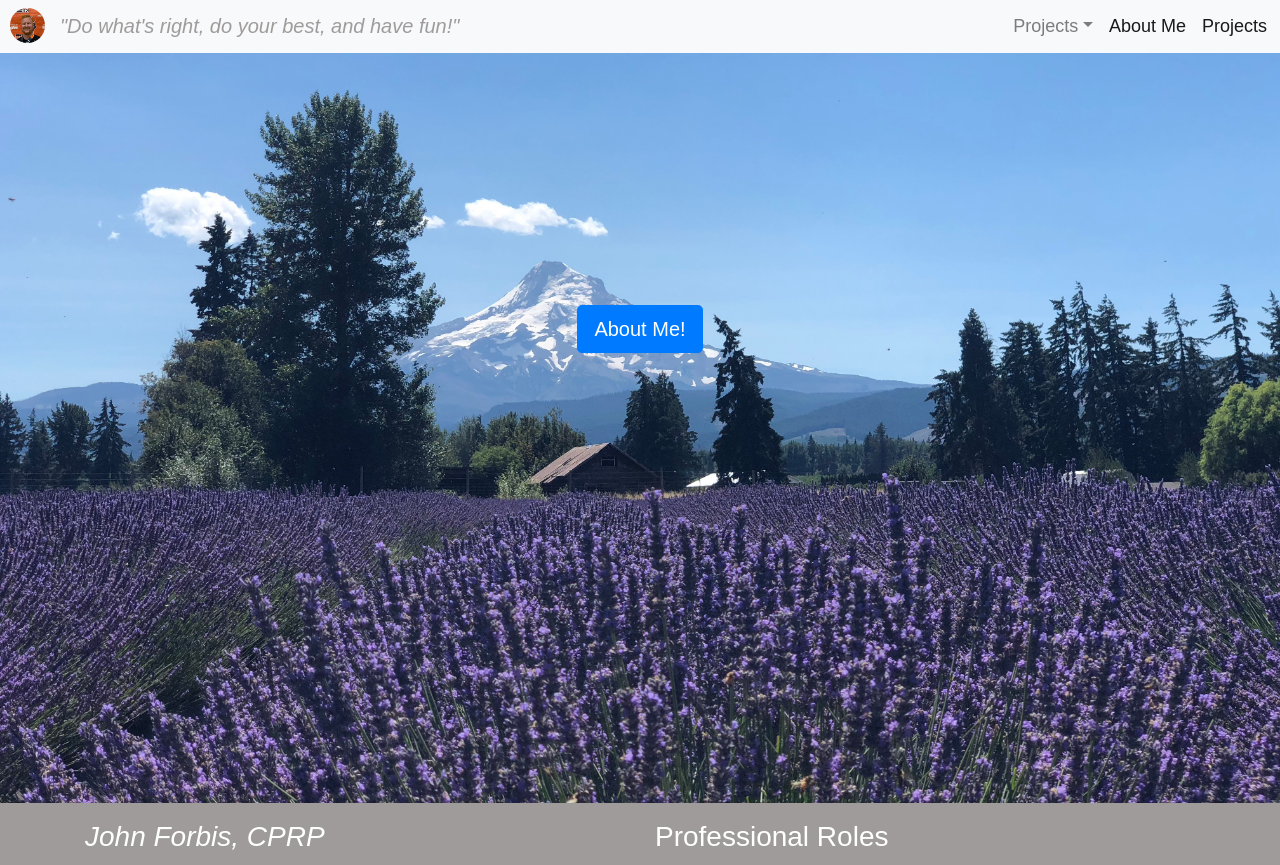
Repository: jforbis/john-forbis-data-analyst
Page: index.html
The author's editor kept a copy of each file at every save. The page is drawn from the files as they stood at one save, then again after the next save.
The browser window is 1280 px wide. The pictures show the part of the page from y = 0 to 865 px (the page is 1750 px tall).
A picture or video elsewhere on the page could not be fetched, so the positions and the page height are approximate. Backgrounds fixed to the window are drawn as part of the page.

Above is the page before, as saved 2021-03-31 23:15:15.

### index.html
<!DOCTYPE html>
<html lang="en">

<head>
<meta charset="UTF-8">
<title class="text">John Forbis, CPRP</title>
<!--Bootstrap style sheet-->
<link rel="stylesheet" href="https://stackpath.bootstrapcdn.com/bootstrap/4.3.1/css/bootstrap.min.css" integrity="sha384-ggOyR0iXCbMQv3Xipma34MD+dH/1fQ784/j6cY/iJTQUOhcWr7x9JvoRxT2MZw1T" crossorigin="anonymous">
<!--link to style sheet-->
<link rel="stylesheet" type="text/css" href="static/css/style.css">
</head>

<!--Top Nav Bar-->
<nav class="navbar-expand-lg navbar-light bg-light nav-color navbar nav">
    <a class="navbar-brand" href="about_me.html">
        <img class="headshot-sm" src="resources/images/headshot.jpg">
    </a>
    <a class="navbar-brand" id="tagline" href="index.html"> <i>"Do what's right, do your best, and have fun!"</i></a>
    <button class="navbar-toggler" type="button" data-bs-toggle="collapse" data-bs-target="#navbarSupportedContent"
        aria-controls="navbarSupportedContent" aria-expanded="false" aria-label="Toggle navigation">
        <span class="navbar-toggler-icon"></span>
    </button>
    <div class="collapse navbar-collapse justify-content-end" id="navbarSupportedContent">
        <div class="nav navbar-nav navbar-right">
            <ul class="navbar-nav me-auto mb-2 mb-lg-0">
                <li class="nav-item dropdown">
                    <a class="nav-link dropdown-toggle" href="#" id="navbarDropdown" role="button"
                        data-bs-toggle="dropdown" aria-expanded="false">Projects</a>
                    <ul class="dropdown-menu" aria-labelledby="navbarDropdown">
                        <a class="dropdown-item" href="#">Schooling</a>
                        <a class="dropdown-item" href="#">Career</a>
                        <a class="dropdown-item" href="#">Accolades</a>
                    </ul>
                </li>
                <li class="nav-item active">
                    <a class="nav-link" href="#">About Me </a>
                </li>
                <li class="nav-item active">
                    <a class="nav-link" href="#">Projects </a>
                </li>
            </ul>
        </div>
    </div>
</nav>

<div class="wrapper">
    <!-- <nav class="navbar navbar-default">
        <div class="container-fluid">
        <div class="navbar-header">
            <!-- <a class="navbar-brand" href="index.html">UFO Sightings
            <img class="nav-ufo" src="resources/images/headshot.jpg">
            </a> -->
        <!-- </div>
        </div>
    </nav> -->
    <div class="hero text-center">
        <h1 class="text"><b>JOHN FORBIS, CPRP</b></h1>
        <p><a class="btn btn-primary btn-lg" href="#me" role="button">About Me!</a></p>
    </div>

<body>
    <div class="container" style="margin-top: 20px">
        <div class="row">
            <div class="col" id="me">
                <i>John Forbis, CPRP</i>
            </div>
            <div class="col" id="pr">
                Professional Roles
            </div>
        </div>
    </div>
    <hr>
    <table>
        <tr>
            <td style="vertical-align:top;">
                <div class="card" style="width: 40rem; margin-top: 20px">
                    <div><img src="resources/images/headshot.jpg" class="headshot-md" alt="John Forbis"</div>
                    <div class="card-body">
                        <h5 class="card-title"><b>Who I Am:</b></h5>
                        <p class="card-text">
                        <div id="whoiam"><i><b>Data analyst with a passion for innovation, data analysis and keeping it fun!</b></i></div>
                        <br>
                        With a background in public service, facility management, and leadership of
                        muli-level teams as well as extensive training in both leadership and data analytics
                        through the Leadership Intensive program by The Changing Point and the University
                        of Kansas Data Analytics boot camp respectively, I would make a great addition
                        to any team. Acquired skills in: advanced Excel, Tableau, PowerBI, Python, Pandas, API calls,
                        SQL, Java Script, flask app, and Machine Learning.
                        <br><br>
                        I enjoy a good problem needing solved
                        and love to utilize data to tell the story. I am a proven innovator in my
                        career with a ‘can-do’ mindset; always searching for new and better solutions.
                        </p>
                    <a target=blank href="https://www.linkedin.com/in/john-forbis-cprp-96921513/" class="btn btn-primary">Connect with me!</a>
                    </div>
                </div>
            </td>
            <td style="vertical-align:bottom">
                <div class="second_card" style="width: 40rem;">
                        <div class="card-body">
                            <table style="margin-top: 39px">
                                <tr>
                                <td>
                                    <div class="career-card" style="width: 18rem;">
                                        <img class="card-img-career" src="resources/images/cp.png" alt="CivicPlus">
                                        <div class="career-card-body">
                                        <h5 class="career-title">CivicPlus</h5>
                                        <p class="career-text">Implementation Consultant</p>
                                        <a target=new href="https://www.civicplus.com/" class="btn btn-primary">Learn about CivicPlus</a>
                                        </div>
                                    </div>
                                </td>
                                    <td>
                                        <div class="career-card" style="width: 18rem;">
                                            <img class="card-img-career" src="resources/images/Lenexa.jpg" alt="City of Lenexa" style="padding: 28.6px">
                                            <div class="career-card-body">
                                            <h5 class="career-title">City of Lenexa</h5>
                                            <p class="career-text">Rec Center Manager</p>
                                            <a target=new href="https://www.lenexa.com/government/departments___divisions/recreation_center" class="btn btn-primary">Learn about LRC</a>
                                            </div>
                                        </div>
                                    </td>
                                </tr>
                                <tr>
                                    <td>Member Services Supervisor
                                        <a href="visualizations/cloudiness.html">
                                            <img src="Resources/assets/images/Fig3.png" class="card-img-top" alt="...">
                                    </a>
                                    </td>
                                    <td>Recreation Services Manager
                                        <a href="visualizations/windspeed.html">
                                            <img src="Resources/assets/images/Fig3.png" class="card-img-top" alt="...">
                                        </a>
                                    </td>
                                </tr>
                                <tr>
                                    <td>Recreation Specialist
                                        </br>
                                        </br>
                                        </br>
                                        </br>
                                        </br>
                                        </br>
                                        </br>
                                        </br>
                                        </br>
                                    </td>
                                </tr>
                                <tr>
                                    <td></td>
                                </tr>
                                <tr>
                                    <td></td>
                                </tr>
                                <tr>
                                    <td></td>
                                </tr>
                                <tr>
                                    <td></td>
                                </tr>
                                <tr>
                                    <td></td>
                                </tr>
                                <tr>
                                    <td></td>
                                </tr>
                            </table>
                        </div>
                </div>
            </td>
        </tr>
    </table>
</div>
</body>

<!--<table>
    <tr>
      <th>Month</th>
      <th>Savings</th>
    </tr>
    <tr>
      <td>January</td>
      <td>$100</td>
    </tr>
    <tr>
      <td>February</td>
      <td>$80</td>
    </tr>
    <tr>
      <td colspan="2">Sum: $180</td>
    </tr>
  </table>-->

### static/css/style.css
/* Styling for HTML elements */
body {
padding: 0;
margin: 0;
font-family: Georgia, "Times New Roman", Times, serif;
font-size: 18px;
line-height: 150%;
color: rgb(255, 255, 255);
background: #9f9b9b;
}

#me {
    font-size: 28px
}

#pr {
    font-size: 28px
}

#career-img {
    width: 30px;
}
.dropdown {
position: relative;
display: inline-block;
}

.dropdown-menu {
display: none;
position: absolute;
background-color: #f9f9f9;
min-width: 160px;
box-shadow: 0px 8px 16px 0px rgba(0,0,0,0.2);
padding: 12px 16px;
z-index: 1;
}

.dropdown:hover .dropdown-menu {
display: block;
}

h1 {
padding: 15px;
margin: 10px;
color: white
}

h3 {
margin-left: 35px;
color: white;
font-size: 16px
}

hr {
height: 2px;
background-color: white
}

.card {
color: #9f9b9b;
font-size: 14px;
margin-left: 40px;
margin-top: top;
border-color: #9f9b9b;
vertical-align: text-top
}

.card-body {
    margin-top: 100px;
}

.career-card-body {
    margin-top: 10px;
    padding: 20px;
}

.career-card {
    color: #9f9b9b;
    font-size: 14px;
    background-color: white;
    margin-top: top;
    margin-right: 20px;
    border-color: #9f9b9b;
    vertical-align: text-top;
    position: relative;
    display: flex;
    flex-direction: column;
    min-width: 0;
    word-wrap: break-word;
    background-clip: border-box;
    border: 1px solid rgba(0,0,0,.125);
    border-radius: .25rem;
    }

#whoiam {
    text-align: center;
    color: #70A6E4;
    font-size: 16px
}
.second_card {
margin-top: -140px;
margin-left: 40px
}

.card-img-top {
width: 50%;
height: auto;
}

.card-title {
font-size: 18px;
}

.career-text {
    text-align: center;
    font-size: 18px;
    font-style: italic;
}

h5.career-title {
    text-align: center;
}

.top_row {
position: sticky;
top: 0;
background-color: #353A3F;
}

.navbar-expand-lg navbar-light bg-light nav-color navbar nav {
position: sticky;
top: 0;
}

* {
box-sizing: border-box;
font-family: Ubuntu, sans-serif;
}

html,
body {
height: 100%;
padding: 0;
margin: 0;
}

/* The wrapper contains all of the page's content besides the footer, which is pushed to the bottom of the page */
.wrapper {
position: relative;
min-height: 100%;
padding-bottom: 130px;
overflow: auto;
}

/* The footer is positioned at the bottom of the page */
.footer {
position: absolute;
right: 0;
bottom: 0;
left: 0;
min-height: 100px;
background: #4e5d6c;
}

/* The code styles the text at the bottom of the footer */
.footer > .bottom {
position: absolute;
right: 0;
bottom: 0;
left: 0;
padding: 5px;
background: #1b3146;
}

.navbar {
padding: 5px;
margin: 0;
}

/* This CSS styles the photo in the navbar */
.headshot-sm {
position: absolute;
bottom: 10px;
left: 10px;
width: 35px;
color: white;
border-radius: 50%!important;
}

/* This CSS styles the photo in the 'Who I Am' card' */
.headshot-md {
    position: absolute;
    width: 20%;
    left: 20px;
    top: 20px;
    color: black;
    margin-bottom: 20px;
    border-radius: .25rem!important;
    }

.card-img-career{
    border-top-left-radius: calc(.25rem - 1px);
    border-top-right-radius: calc(.25rem - 1px);
    max-width: 80%;
    max-height: 100px;
    margin-left: auto;
    margin-right: auto;
    margin-top: 25px;
    /* position: relative;
    background-color: #FFFFFF;
    color: black;
    width: 250px;
    height: 250px;
    padding: 20px;
    display: inline-block;
    vertical-align: middle */
}


#tagline {
    position: absolute;
    left: 60px;
    font-family: verdana;
    color: #9f9b9b;
}

/* Adding styles to the aside and filter form */
.ufo-form {
margin-top: 50px;
}

.filters .panel-body {
padding: 0;
}

.filters {
margin-top: 10px;
}

select {
display: block;
width: 100%;
padding: 8px;
color: #8e979f;
outline: none;
}

#table-area th {
text-align: center;
}

#table-area th:first-child,
#table-area th:nth-child(2),
#table-area th:nth-child(6) {
min-width: 70px;
}

.loader {
margin-top: 50px;
}

.margin-top-50 {
margin-top: 50px;
}

/* The styles for the parallax */
.hero {
position: relative;
height: 750px;
padding: 10px;
margin: 0;
background-image: url("../../resources/images/IMG_1779.jpg");
background-attachment: fixed;
background-position: bottom center;
background-size: cover;
}

.hero h1 {
margin-top: 200px;
font-size: 0.1rem;
animation: title 1.2s forwards linear;
}

.hero p {
font-size: 2rem;
opacity: 0;
animation: subtitle 1.2s forwards linear;
animation-delay: 1.2s;
}

/* input placeholder color changes */
/* .form-control::-webkit-input-placeholder {
/* Chrome/Opera/Safari */
/* color: #8e979f; */
/* } */ */

/* .form-control::-moz-placeholder { */
/* Firefox 19+ */
/* color: #8e979f; */
/* } */

/* .form-control:-ms-input-placeholder { */
/* IE 10+ */
/* color: #8e979f; */
}

/* .form-control:-moz-placeholder { */
/* Firefox 18- */
/* color: #8e979f;
} */

/* media queries which will only be activated at specific screen sizes */
@media (max-width: 800px) {
#table-area td {
    font-size: 1em;
}
}

@media (max-width: 500px) {
#table-area thead {
    display: none;
}

#table-area tr td:first-child {
    font-size: 1.8em;
    font-weight: bold;
    background: #1b3146;
}

#table-area tr td:last-child {
    margin-bottom: 20px;
}

#table-area tr td:last-child::after {
    display: block;
    width: 100%;
    height: 1px;
    margin-top: 20px;
    content: " ";
    background: aliceblue;
}

#table-area td {
    font-size: 1.25em;
}

#table-area tbody td {
    display: block;
    text-align: center;
}

#table-area tbody td::before {
    display: block;
    font-size: 1.4em;
    font-weight: bold;
    text-align: center;
    content: attr(data-th);
}

.hero h1 {
    animation: smaller-title 1.2s forwards linear;
}
}

/* keyframe animations which will be used to animate the title */
@keyframes title {
from {
    opacity: 0;
}

to {
    font-size: 7.5rem;
    opacity: 1;
}
}

@keyframes smaller-title {
from {
    opacity: 0;
}

to {
    font-size: 5.5rem;
    opacity: 1;
}
}

@keyframes subtitle {
from {
    opacity: 0;
}

to {
    opacity: 1;
}
}

After the next save:
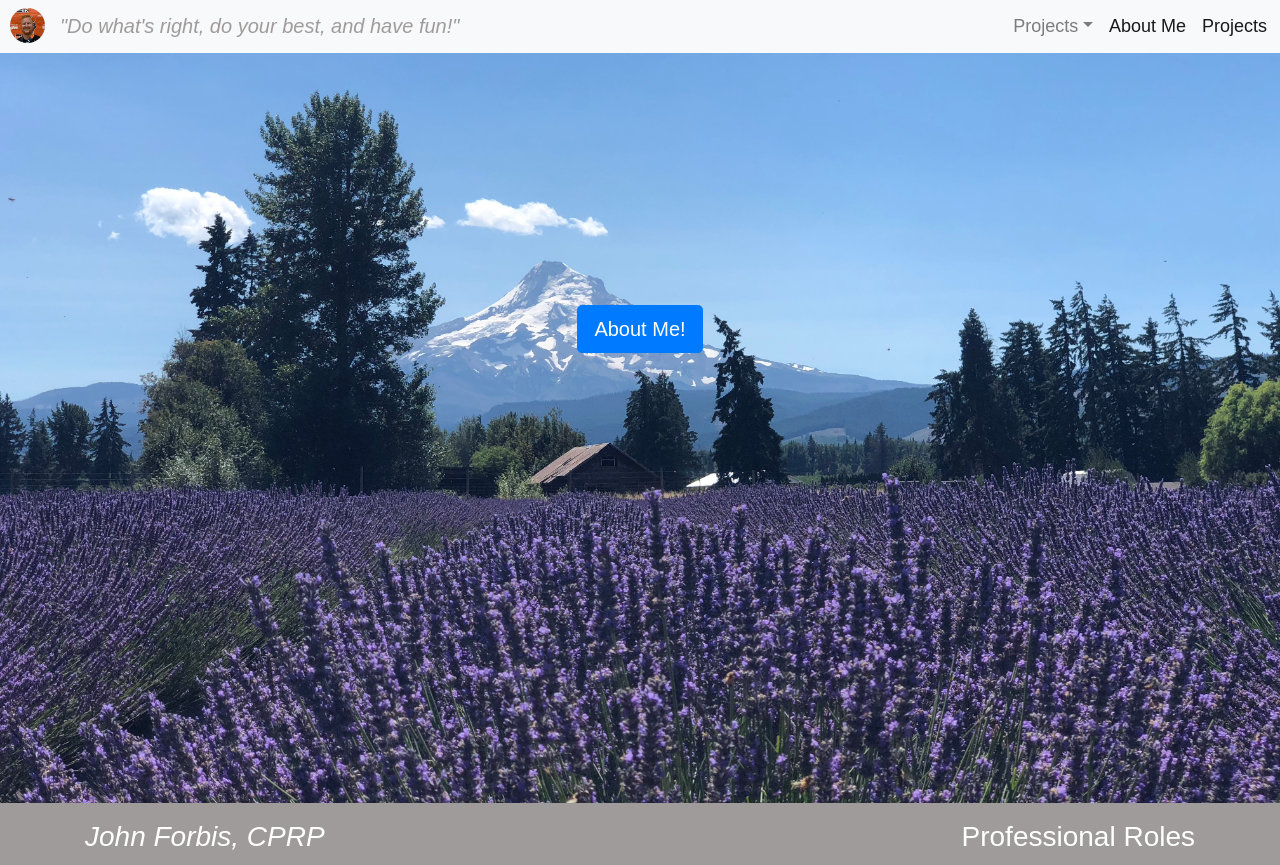
Saved 2 min 45 s later.
--- a/static/css/style.css
+++ b/static/css/style.css
@@ -14,7 +14,8 @@
 }
 
 #pr {
-    font-size: 28px
+    font-size: 28px;
+    text-align: right;
 }
 
 #career-img {
